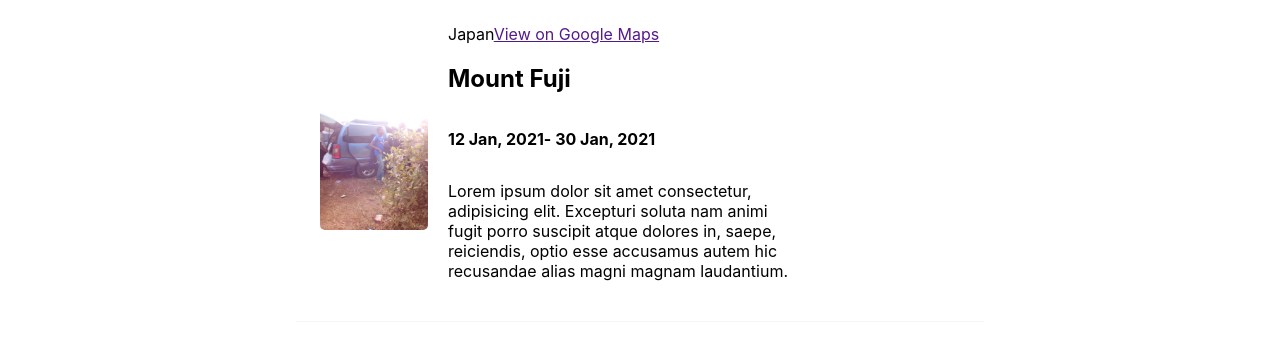
Repository: BuduCE/travel-journal
Page: /
An editor plug-in stored every save of this project. The page is shown before and after a run of saves, followed by the edit.
The browser window is 1280 px wide. The pictures show the whole page.
The project was rebuilt for these pictures with package versions that can differ from the ones it lists, and the page was loaded fresh each time. Also part of the build but not shown: src/components/Home/styles.css, src/components/Home/index.jsx.

Above is the page before, as saved 2022-08-25 11:41:27.

After the next 2 saves:
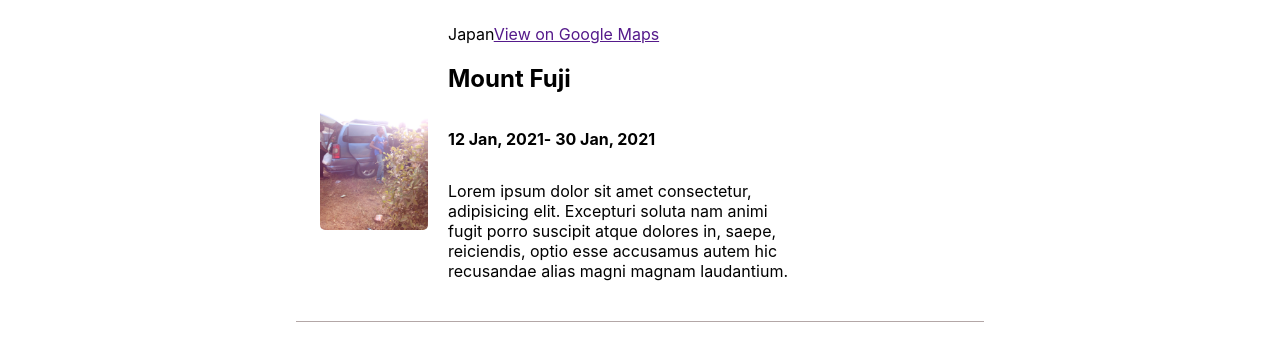
The 2 saves are shown as one change because they came seconds apart.
The last was saved 17 s later.
--- a/src/components/Tour/styles.css
+++ b/src/components/Tour/styles.css
@@ -5,7 +5,7 @@
     grid-template-columns: 1fr 4fr;
     padding: 24px;
     align-items: center;
-    border-bottom: 1px solid #F5F5F5;
+    border-bottom: 1px solid #b3a7a7;
 }
 .tour-img{
     margin-right: 20px;
